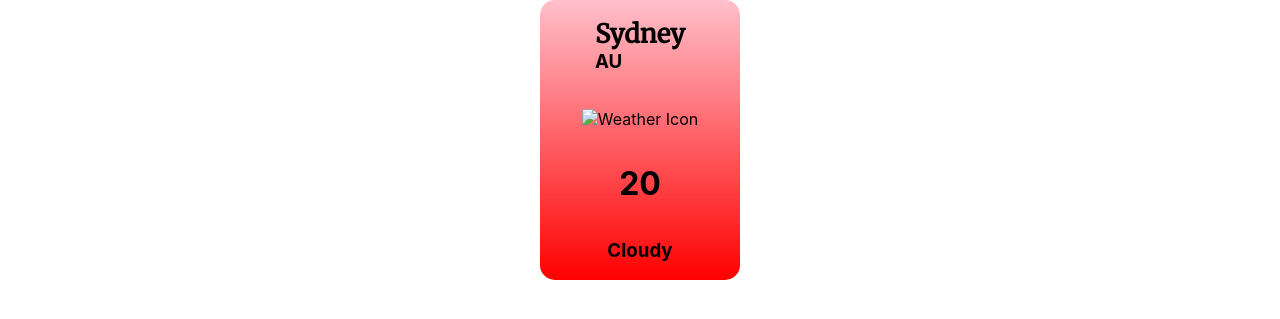
Repository: sayrilamar/chumsweatherapp
Page: /
The author's editor kept a copy of each file at every save. The page is drawn from the files as they stood at one save, then again after the next save.
The browser window is 1280 px wide. The pictures show the whole page.
The project was rebuilt for these pictures with package versions that can differ from the ones it lists, and the page was loaded fresh each time.

Above is the page before, as saved 2020-04-16 19:55:46.

### src/index.css
* {
  margin: 0;
  padding: 0;
  font-family: -apple-system, BlinkMacSystemFont, 'Segoe UI', 'Roboto', 'Oxygen',
    'Ubuntu', 'Cantarell', 'Fira Sans', 'Droid Sans', 'Helvetica Neue',
    sans-serif;
  -webkit-font-smoothing: antialiased;
  -moz-osx-font-smoothing: grayscale;
}

### src/App.js
import React from "react";
import "./App.css";
import WeatherCard from "./weathercard.js";

function App() {
  return (
    <div className="App">
      <WeatherCard/>
    </div>
  );
}

export default App;

### src/App.css
@import url('https://fonts.googleapis.com/css?family=Merriweather|Fira+Sans&display=swap');


.App {
  margin: 0 auto;
}

.card {
  margin: 0 auto;
  background: linear-gradient(to top, red, pink);
  width: 200px;
  height: 280px;
  display: flex;
  flex-direction: column;
  justify-content: space-around;
  align-items: center;
  border-radius: 15px;
}

.city {
  font-family: 'Merriweather', sans-serif;
  font-size: 1.6em;
}

### src/weathercard.js
import React from "react";

const WeatherCard = props => {
    return (
        <div className="card">
            <div className="location">
                <h1 className="city">Sydney</h1>
                <h3 className="country">AU</h3>
            </div>
            <img className="icon" src="" alt="Weather Icon"/>
            <h1 className="temp">20</h1>
            <h3 className="condition">Cloudy</h3>
        </div>
    );
};

export default WeatherCard;

Loaded but not shown: public/index.html (common file); src/index.js (common file); src/serviceWorker.js (common file)

After the next save:
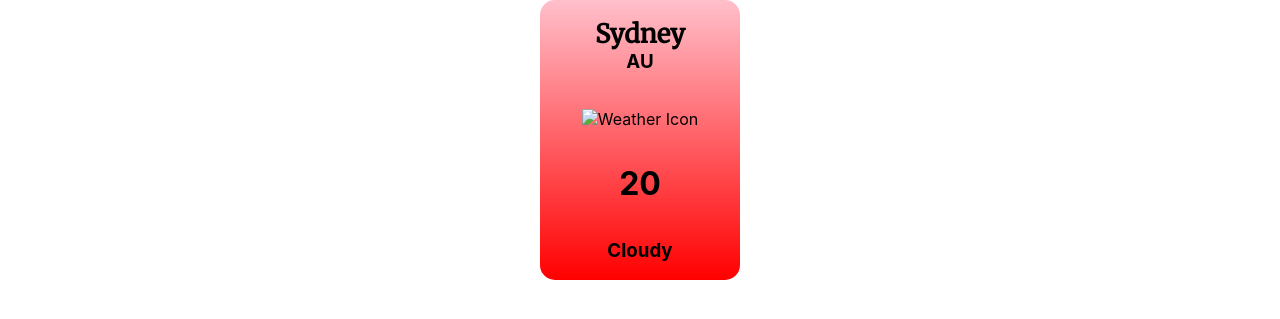
Saved 28 s later.
--- a/src/App.css
+++ b/src/App.css
@@ -3,6 +3,10 @@
 
 .App {
   margin: 0 auto;
+}
+
+.location {
+  text-align: center;
 }
 
 .card {
